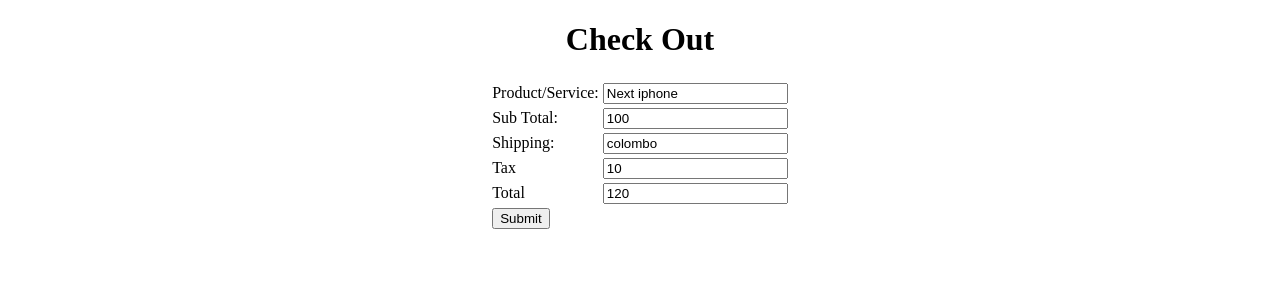
Repository: ThimeshaMindaka/PAFF
Page: PayPalTest/src/main/webapp/checkout.html
An editor plug-in stored every save of this project. The page is shown before and after the next save, followed by the edit.
The browser window is 1280 px wide. The pictures show the whole page.

Above is the page before, as saved 2022-05-13 19:06:36.

After the next save:
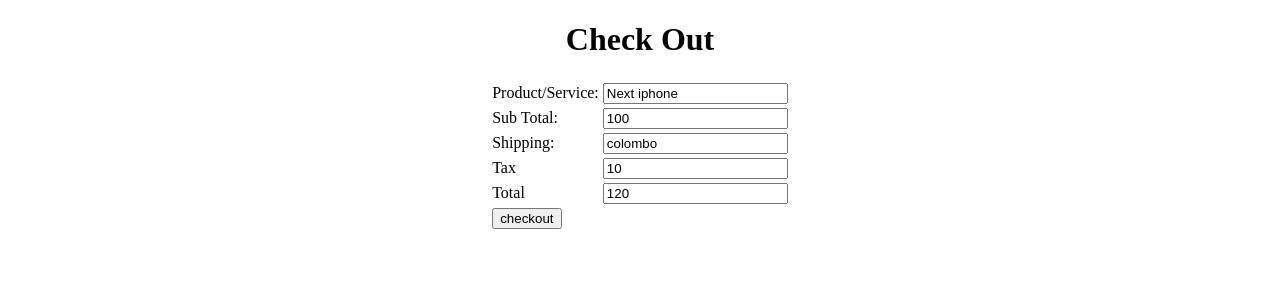
Saved 43 s later.
--- a/PayPalTest/src/main/webapp/checkout.html
+++ b/PayPalTest/src/main/webapp/checkout.html
@@ -30,7 +30,7 @@
 			<td><input type="text" name="total" value="120" > </td>
 		</tr>
 		<tr>
-			<td><input type="submit" name="checkout" > </td>
+			<td><input type="submit" value="checkout" > </td>
 		</tr>
 		</table>
 		</form>
